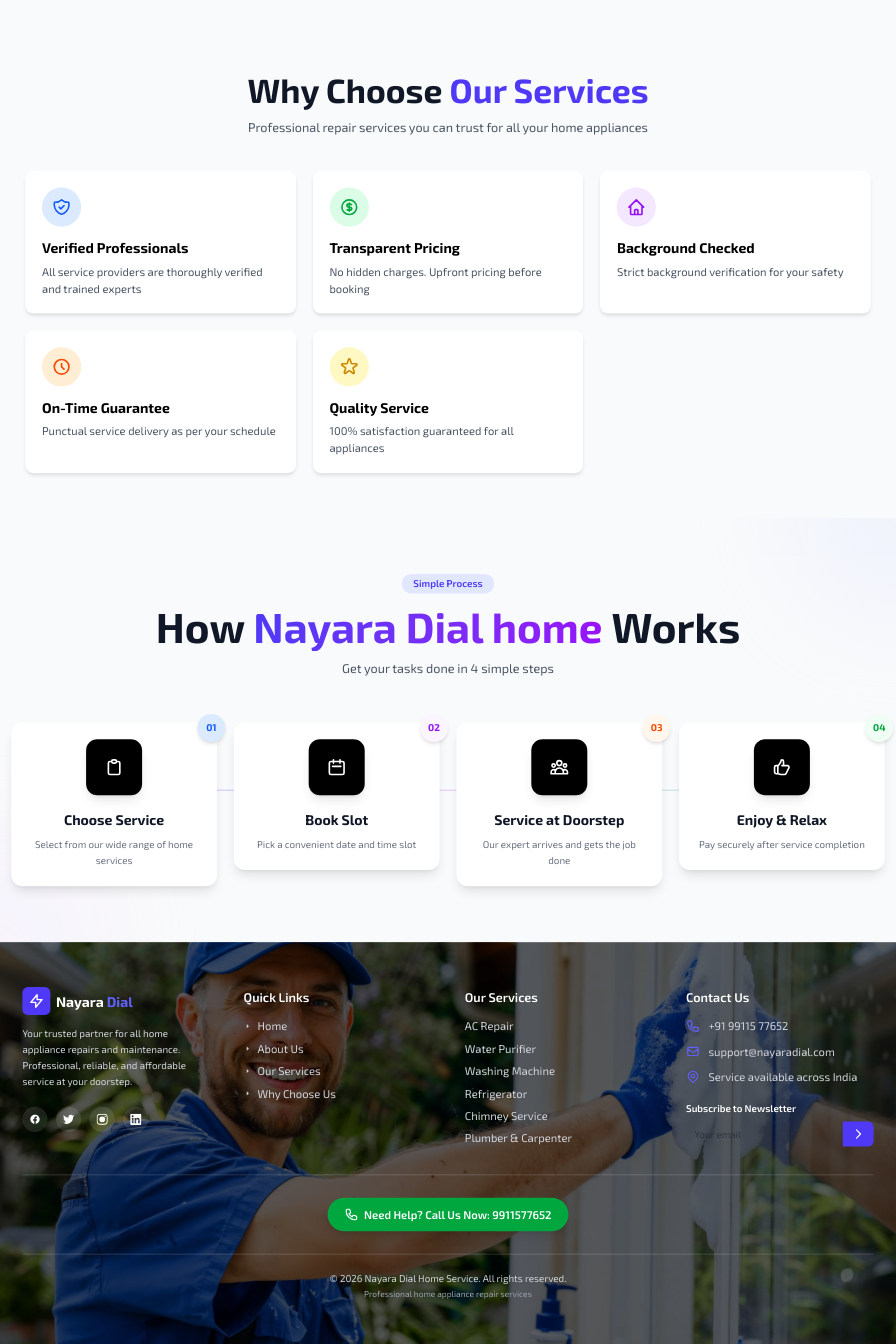
Repository: deepak445566/repai
Page: / (app in repair/)
The author's editor kept a copy of each file at every save. The page is drawn from the files as they stood at one save, then again after the next save.
The browser window is 1280 px wide. The pictures show the part of the page from y = 2110 to 4030 px (the page is 4030 px tall), at 70% of full size.
The project was rebuilt for these pictures with package versions that can differ from the ones it lists, and the page was loaded fresh each time. The framework's server and built-in components were replaced by stand-ins that run in the browser. Also part of the build but not shown: repair/next.config.mjs.

Above is the page before, as saved 2026-04-15 15:07:49.

### repair/src/app/layout.js
import { Abril_Fatface, Exo_2, Geist, Geist_Mono } from "next/font/google";
import "./globals.css";
import Navbar from "@/components/Navbar";
import Footer from "@/components/Footer";

const geistSans = Geist({
  variable: "--font-geist-sans",
  subsets: ["latin"],
});

const geistMono = Geist_Mono({
  variable: "--font-geist-mono",
  subsets: ["latin"],
});
const abril = Abril_Fatface({
  weight: '400',
  subsets: ['latin'],
  variable: '--font-abril',
});

const exo = Exo_2({
  subsets: ['latin'],
  weight: ['400','600','700'],
  variable: '--font-exo',
});

export const metadata = {
  title: "Create Next App",
  description: "Generated by create next app",
};

export default function RootLayout({ children }) {
  return (
    <html
      lang="en"
      className={`${geistSans.variable} ${geistMono.variable} ${abril.variable} ${exo.variable} h-full antialiased`}
    >
      <Navbar/>
      <body className="min-h-full flex flex-col">{children}</body>
      <Footer/>
    </html>
  );
}

### repair/src/app/globals.css
@import "tailwindcss";

:root {
  --background: #ffffff;
  --foreground: #171717;
}

@theme inline {
  --color-background: var(--background);
  --color-foreground: var(--foreground);
  --font-sans: var(--font-geist-sans);
  --font-mono: var(--font-geist-mono);
}

@media (prefers-color-scheme: dark) {
  :root {
    --background: #0a0a0a;
    --foreground: #ededed;
  }
}

body {
  background: var(--background);
  color: var(--foreground);
  font-family: var(--font-parkinsans);
}



.abril {
  font-family: var(--font-abril);
}

.exo {
  font-family: var(--font-exo);
}

### repair/src/components/Footer.jsx
'use client'

import Link from 'next/link';
import { useState } from 'react';

export default function Footer() {
  const [email, setEmail] = useState('');
  const [isSubscribed, setIsSubscribed] = useState(false);

  const handleSubscribe = (e) => {
    e.preventDefault();
    if (email) {
      setIsSubscribed(true);
      setEmail('');
      setTimeout(() => setIsSubscribed(false), 3000);
    }
  };

  const handleCallClick = () => {
    window.location.href = 'tel:9911577652';
  };

  const currentYear = new Date().getFullYear();

  return (
    <footer className="relative text-white exo">
      {/* Background Image */}
      <div className="absolute inset-0 z-0">
        <div className="relative w-full h-full">
          <img
            src="/images/footer.jpg"
            alt="Footer Background"
            className="w-full h-full object-cover"
          />
          {/* Dark Overlay */}
          <div className="absolute inset-0 bg-black/60"></div>
        </div>
      </div>

      {/* Content */}
      <div className="relative z-10">
        <div className="max-w-7xl mx-auto px-4 sm:px-6 lg:px-8 py-12 sm:py-16">
          <div className="grid grid-cols-1 sm:grid-cols-2 lg:grid-cols-4 gap-8 lg:gap-12">

            {/* Column 1 - Company Info */}
            <div className="space-y-4">
              <div className="flex items-center space-x-2">
                <div className="w-10 h-10 bg-indigo-600 rounded-lg flex items-center justify-center">
                  <svg className="w-6 h-6 text-white" fill="none" stroke="currentColor" viewBox="0 0 24 24">
                    <path strokeLinecap="round" strokeLinejoin="round" strokeWidth={2} d="M13 10V3L4 14h7v7l9-11h-7z" />
                  </svg>
                </div>
                <span className="text-xl font-bold">
                  Nayara <span className="text-indigo-500">Dial</span>
                </span>
              </div>
              <p className="text-gray-300 text-sm leading-relaxed">
                Your trusted partner for all home appliance repairs and maintenance. Professional, reliable, and affordable service at your doorstep.
              </p>
              <div className="flex space-x-3 pt-2">
                <a href="#" className="w-9 h-9 bg-white/10 hover:bg-indigo-600 rounded-full flex items-center justify-center transition-colors">
                  <svg className="w-4 h-4" fill="currentColor" viewBox="0 0 24 24">
                    <path d="M22 12c0-5.523-4.477-10-10-10S2 6.477 2 12c0 4.991 3.657 9.128 8.438 9.879v-6.99h-2.54V12h2.54V9.797c0-2.506 1.492-3.89 3.777-3.89 1.094 0 2.238.195 2.238.195v2.46h-1.26c-1.243 0-1.63.771-1.63 1.562V12h2.773l-.443 2.89h-2.33v6.99C18.343 21.128 22 16.991 22 12z"/>
                  </svg>
                </a>
                <a href="#" className="w-9 h-9 bg-white/10 hover:bg-indigo-600 rounded-full flex items-center justify-center transition-colors">
                  <svg className="w-4 h-4" fill="currentColor" viewBox="0 0 24 24">
                    <path d="M23.953 4.57a10 10 0 01-2.825.775 4.958 4.958 0 002.163-2.723c-.951.555-2.005.959-3.127 1.184a4.92 4.92 0 00-8.384 4.482C7.69 8.095 4.067 6.13 1.64 3.162a4.822 4.822 0 00-.666 2.475c0 1.71.87 3.213 2.188 4.096a4.904 4.904 0 01-2.228-.616v.06a4.923 4.923 0 003.946 4.827 4.996 4.996 0 01-2.212.085 4.936 4.936 0 004.604 3.417 9.867 9.867 0 01-6.102 2.105c-.39 0-.779-.023-1.17-.067a13.995 13.995 0 0021.577-11.857c0-.21-.005-.425-.015-.636A10.01 10.01 0 0024 4.555z"/>
                  </svg>
                </a>
                <a href="#" className="w-9 h-9 bg-white/10 hover:bg-indigo-600 rounded-full flex items-center justify-center transition-colors">
                  <svg className="w-4 h-4" fill="currentColor" viewBox="0 0 24 24">
                    <path d="M12 2.163c3.204 0 3.584.012 4.85.07 3.252.148 4.771 1.691 4.919 4.919.058 1.265.069 1.645.069 4.849 0 3.205-.012 3.584-.069 4.849-.149 3.225-1.664 4.771-4.919 4.919-1.266.058-1.644.07-4.85.07-3.204 0-3.584-.012-4.849-.07-3.26-.149-4.771-1.699-4.919-4.92-.058-1.265-.07-1.644-.07-4.849 0-3.204.013-3.583.07-4.849.149-3.227 1.664-4.771 4.919-4.919 1.266-.057 1.645-.069 4.849-.069zm0-2.163c-3.259 0-3.667.014-4.947.072-4.358.2-6.78 2.618-6.98 6.98-.059 1.281-.073 1.689-.073 4.948 0 3.259.014 3.668.072 4.948.2 4.358 2.618 6.78 6.98 6.98 1.281.058 1.689.072 4.948.072 3.259 0 3.668-.014 4.948-.072 4.354-.2 6.782-2.618 6.979-6.98.059-1.28.073-1.689.073-4.948 0-3.259-.014-3.667-.072-4.947-.196-4.354-2.617-6.78-6.979-6.98-1.281-.059-1.69-.073-4.949-.073zM5.838 12a6.162 6.162 0 1112.324 0 6.162 6.162 0 01-12.324 0zM12 16a4 4 0 110-8 4 4 0 010 8zm4.965-10.405a1.44 1.44 0 112.881.001 1.44 1.44 0 01-2.881-.001z"/>
                  </svg>
                </a>
                <a href="#" className="w-9 h-9 bg-white/10 hover:bg-indigo-600 rounded-full flex items-center justify-center transition-colors">
                  <svg className="w-4 h-4" fill="currentColor" viewBox="0 0 24 24">
                    <path d="M20.447 20.452h-3.554v-5.569c0-1.328-.027-3.037-1.852-3.037-1.853 0-2.136 1.445-2.136 2.939v5.667H9.351V9h3.414v1.561h.046c.477-.9 1.637-1.85 3.37-1.85 3.601 0 4.267 2.37 4.267 5.455v6.286zM5.337 7.433c-1.144 0-2.063-.926-2.063-2.065 0-1.138.92-2.063 2.063-2.063 1.14 0 2.064.925 2.064 2.063 0 1.139-.925 2.065-2.064 2.065zm1.782 13.019H3.555V9h3.564v11.452zM22.225 0H1.771C.792 0 0 .774 0 1.729v20.542C0 23.227.792 24 1.771 24h20.451c.979 0 1.771-.773 1.771-1.729V1.729C24 .774 23.203 0 22.225 0z"/>
                  </svg>
                </a>
              </div>
            </div>

            {/* Column 2 - Quick Links */}
            <div className="space-y-4">
              <h3 className="text-lg font-semibold text-white">Quick Links</h3>
              <ul className="space-y-2">
                <li>
                  <a href="#home" className="text-gray-300 hover:text-indigo-500 transition-colors flex items-center gap-2">
                    <svg className="w-3 h-3" fill="currentColor" viewBox="0 0 24 24">
                      <path d="M9 18l6-6-6-6"/>
                    </svg>
                    Home
                  </a>
                </li>
                <li>
                  <a href="#about" className="text-gray-300 hover:text-indigo-500 transition-colors flex items-center gap-2">
                    <svg className="w-3 h-3" fill="currentColor" viewBox="0 0 24 24">
                      <path d="M9 18l6-6-6-6"/>
                    </svg>
                    About Us
                  </a>
                </li>
                <li>
                  <a href="#services" className="text-gray-300 hover:text-indigo-500 transition-colors flex items-center gap-2">
                    <svg className="w-3 h-3" fill="currentColor" viewBox="0 0 24 24">
                      <path d="M9 18l6-6-6-6"/>
                    </svg>
                    Our Services
                  </a>
                </li>
                <li>
                  <a href="#why-choose-us" className="text-gray-300 hover:text-indigo-500 transition-colors flex items-center gap-2">
                    <svg className="w-3 h-3" fill="currentColor" viewBox="0 0 24 24">
                      <path d="M9 18l6-6-6-6"/>
                    </svg>
                    Why Choose Us
                  </a>
                </li>
              </ul>
            </div>

            {/* Column 3 - Our Services */}
            <div className="space-y-4">
              <h3 className="text-lg font-semibold text-white">Our Services</h3>
              <ul className="space-y-2">
                <li className="text-gray-300 hover:text-indigo-500 transition-colors cursor-pointer">AC Repair</li>
                <li className="text-gray-300 hover:text-indigo-500 transition-colors cursor-pointer">Water Purifier</li>
                <li className="text-gray-300 hover:text-indigo-500 transition-colors cursor-pointer">Washing Machine</li>
                <li className="text-gray-300 hover:text-indigo-500 transition-colors cursor-pointer">Refrigerator</li>
                <li className="text-gray-300 hover:text-indigo-500 transition-colors cursor-pointer">Chimney Service</li>
                <li className="text-gray-300 hover:text-indigo-500 transition-colors cursor-pointer">Plumber & Carpenter</li>
              </ul>
            </div>

            {/* Column 4 - Contact Info & Newsletter */}
            <div className="space-y-4">
              <h3 className="text-lg font-semibold text-white">Contact Us</h3>
              <div className="space-y-3">
                <div className="flex items-center gap-3 text-gray-300">
                  <svg className="w-5 h-5 text-indigo-500" fill="none" stroke="currentColor" viewBox="0 0 24 24">
                    <path strokeLinecap="round" strokeLinejoin="round" strokeWidth={2} d="M3 5a2 2 0 012-2h3.28a1 1 0 01.948.684l1.498 4.493a1 1 0 01-.502 1.21l-2.257 1.13a11.042 11.042 0 005.516 5.516l1.13-2.257a1 1 0 011.21-.502l4.493 1.498a1 1 0 01.684.949V19a2 2 0 01-2 2h-1C9.716 21 3 14.284 3 6V5z" />
                  </svg>
                  <span>+91 99115 77652</span>
                </div>
                <div className="flex items-center gap-3 text-gray-300">
                  <svg className="w-5 h-5 text-indigo-500" fill="none" stroke="currentColor" viewBox="0 0 24 24">
                    <path strokeLinecap="round" strokeLinejoin="round" strokeWidth={2} d="M3 8l7.89 5.26a2 2 0 002.22 0L21 8M5 19h14a2 2 0 002-2V7a2 2 0 00-2-2H5a2 2 0 00-2 2v10a2 2 0 002 2z" />
                  </svg>
                  <span>support@nayaradial.com</span>
                </div>
                <div className="flex items-center gap-3 text-gray-300">
                  <svg className="w-5 h-5 text-indigo-500" fill="none" stroke="currentColor" viewBox="0 0 24 24">
                    <path strokeLinecap="round" strokeLinejoin="round" strokeWidth={2} d="M17.657 16.657L13.414 20.9a1.998 1.998 0 01-2.827 0l-4.244-4.243a8 8 0 1111.314 0z" />
                    <path strokeLinecap="round" strokeLinejoin="round" strokeWidth={2} d="M15 11a3 3 0 11-6 0 3 3 0 016 0z" />
                  </svg>
                  <span>Service available across India</span>
                </div>
              </div>

              {/* Newsletter */}
              <div className="pt-2">
                <h4 className="text-sm font-semibold text-white mb-2">Subscribe to Newsletter</h4>
                <form onSubmit={handleSubscribe} className="flex">
                  <input
                    type="email"
                    value={email}
                    onChange={(e) => setEmail(e.target.value)}
                    placeholder="Your email"
                    className="flex-1 px-3 py-2 rounded-l-lg text-gray-900 text-sm focus:outline-none focus:ring-2 focus:ring-indigo-500"
                    required
                  />
                  <button
                    type="submit"
                    className="bg-indigo-600 hover:bg-indigo-700 px-3 py-2 rounded-r-lg transition-colors"
                  >
                    <svg className="w-5 h-5" fill="none" stroke="currentColor" viewBox="0 0 24 24">
                      <path strokeLinecap="round" strokeLinejoin="round" strokeWidth={2} d="M9 5l7 7-7 7" />
                    </svg>
                  </button>
                </form>
                {isSubscribed && (
                  <p className="text-green-500 text-xs mt-2">Subscribed successfully!</p>
                )}
              </div>
            </div>
          </div>

          {/* Call to Action Button */}
          <div className="mt-10 pt-8 border-t border-white/20 text-center">
            <button
              onClick={handleCallClick}
              className="inline-flex items-center gap-2 bg-green-600 hover:bg-green-700 text-white font-semibold px-6 py-3 rounded-full transition-all transform hover:scale-105 shadow-lg"
            >
              <svg className="w-5 h-5" fill="none" stroke="currentColor" viewBox="0 0 24 24">
                <path strokeLinecap="round" strokeLinejoin="round" strokeWidth={2} d="M3 5a2 2 0 012-2h3.28a1 1 0 01.948.684l1.498 4.493a1 1 0 01-.502 1.21l-2.257 1.13a11.042 11.042 0 005.516 5.516l1.13-2.257a1 1 0 011.21-.502l4.493 1.498a1 1 0 01.684.949V19a2 2 0 01-2 2h-1C9.716 21 3 14.284 3 6V5z" />
              </svg>
              Need Help? Call Us Now: 9911577652
            </button>
          </div>

          {/* Bottom Bar */}
          <div className="mt-8 pt-6 border-t border-white/20 text-center">
            <p className="text-gray-300 text-sm">
              &copy; {currentYear} Nayara Dial Home Service. All rights reserved.
            </p>
            <p className="text-gray-400 text-xs mt-1">
              Professional home appliance repair services
            </p>
          </div>
        </div>
      </div>
    </footer>
  );
}

### repair/src/components/heroPage.jsx
import Image from 'next/image';

export default function HeroPage() {
  return (
    <div className="min-h-screen bg-gradient-to-br from-white to-gray-50 flex items-center justify-center px-4 lg:px-12 py-12">
      <div className="max-w-7xl mx-auto w-full">
        <div className="flex flex-col lg:flex-row items-center gap-12 lg:gap-10">

          {/* Left Section - 60% Width */}
          <div className="w-full lg:w-[55%] text-center lg:text-left space-y-6">
            <div className="inline-block px-4 py-1.5 rounded-full bg-indigo-50 text-indigo-600 text-sm font-semibold tracking-wide">
              ✨ Welcome to the Future
            </div>

            <h1 className="text-4xl sm:text-5xl lg:text-6xl font-bold tracking-tight text-gray-900 leading-tight uppercase exo">
            Book Trusted Home
              <span className="text-indigo-600 block"> Services Near You</span>
            </h1>

            <p className="text-lg text-gray-600 max-w-xl mx-auto lg:mx-0 exo">
         Expert professionals for AC repair, cleaning, plumbing, appliances & more. Verified, insured, and guaranteed.
            </p>

            <div className="flex flex-col sm:flex-row gap-4 justify-center lg:justify-start pt-4">
              <button className="px-8 py-3 rounded-full bg-indigo-600 text-white font-semibold shadow-lg hover:bg-indigo-700 transition-all duration-200 transform hover:scale-105">
                Get Started →
              </button>
              <button className="px-8 py-3 rounded-full border-2 border-gray-300 text-gray-700 font-semibold hover:bg-gray-50 transition-all duration-200">
                Learn More
              </button>
            </div>
          </div>

          {/* Right Section - 40% Width */}
          <div className="w-full lg:w-[45%] flex justify-center lg:justify-end">
            <div className="relative w-full max-w-sm sm:max-w-md lg:max-w-lg">
              <div className="absolute inset-0 opacity-60 -z-10"></div>
              <div className="relative overflow-hidden">
                {/* Size control - Apni hisaab se change karo */}
                <div className="relative w-[350px] h-[400px] md:w-[400px] md:h-[400px] lg:w-[550px] lg:h-[550px] mx-auto ">
                  <Image
                    src="/images/image1.png"
                    alt="Hero Image"
                    fill
                    className="object-contain p-4"
                    priority
                  />
                </div>
              </div>
            </div>
          </div>
        </div>
      </div>
    </div>
  );
}

### repair/src/components/Service.jsx
'use client'

import Image from 'next/image';
import { useRouter } from 'next/navigation';

export default function ServicesPage() {
  const router = useRouter();

  const services = [
    { id: 1, title: "Ac Repair", image: "/images/acrepair.png" },
    { id: 2, title: "Water Purifier", image: "/images/waterrepair.png" },
    { id: 3, title: "Washing Machine", image: "/images/washrepair.png" },
    { id: 4, title: "Refrigerator", image: "/images/fridgerepair.png" },
    { id: 5, title: "Chimney Service", image: "/images/chimneyrepair.png" },
    { id: 6, title: "Gas Stove & Hob Repair", image: "/images/gasrepair.png" },
    { id: 7, title: "Gas Pipeline", image: "/images/piperepair.png" },
    { id: 8, title: "Plumber", image: "/images/plumberrepair.png" },
    { id: 9, title: "Carpenter", image: "/images/carrepair.png" },
  ];

  const handleBookNow = (serviceTitle) => {
    // Navigate to booking page with service name
    router.push(`/book?service=${encodeURIComponent(serviceTitle)}`);
  };

  return (
    <div className="min-h-screen bg-gray-50 py-12 px-4 exo" id='services'>
      <div className="max-w-7xl mx-auto" >

        <div className="text-center mb-8">
          <h2 className="text-3xl sm:text-5xl font-bold text-gray-900 mb-2" >
            Most Used <span className="text-indigo-600">Services</span>
          </h2>
        </div>

        <div className="grid grid-cols-2 lg:grid-cols-6 gap-3 md:gap-4">
          {services.map((service) => (
            <div key={service.id} className="group cursor-pointer">
              {/* Image Section */}
              <div className="relative h-20 sm:h-22 md:h-25">
                <Image
                  src={service.image}
                  alt={service.title}
                  fill
                  className="object-contain p-2 transition-transform duration-500 group-hover:scale-110"
                />
              </div>

              {/* Title Section */}
              <div className="py-2 px-1 text-center">
                <h3 className="text-xs sm:text-sm font-semibold text-gray-800  ">
                  {service.title}
                </h3>
              </div>

              {/* Book Button */}
              <div className="px-5 pb-2">
                <button
                  onClick={() => handleBookNow(service.title)}
                  className="w-full bg-black text-white text-xm font-semibold py-2  rounded-lg "
                >
                  Book Now →
                </button>
              </div>
            </div>
          ))}
        </div>
      </div>
    </div>
  );
}

Loaded but not shown: repair/src/app/page.js (20 lines, source omitted); repair/src/components/work.jsx (166 lines, source omitted); repair/src/components/whyChooseUs.jsx (79 lines, source omitted); repair/src/components/Navbar.jsx (115 lines, source omitted); repair/src/components/About.jsx (77 lines, source omitted)

After the next save:
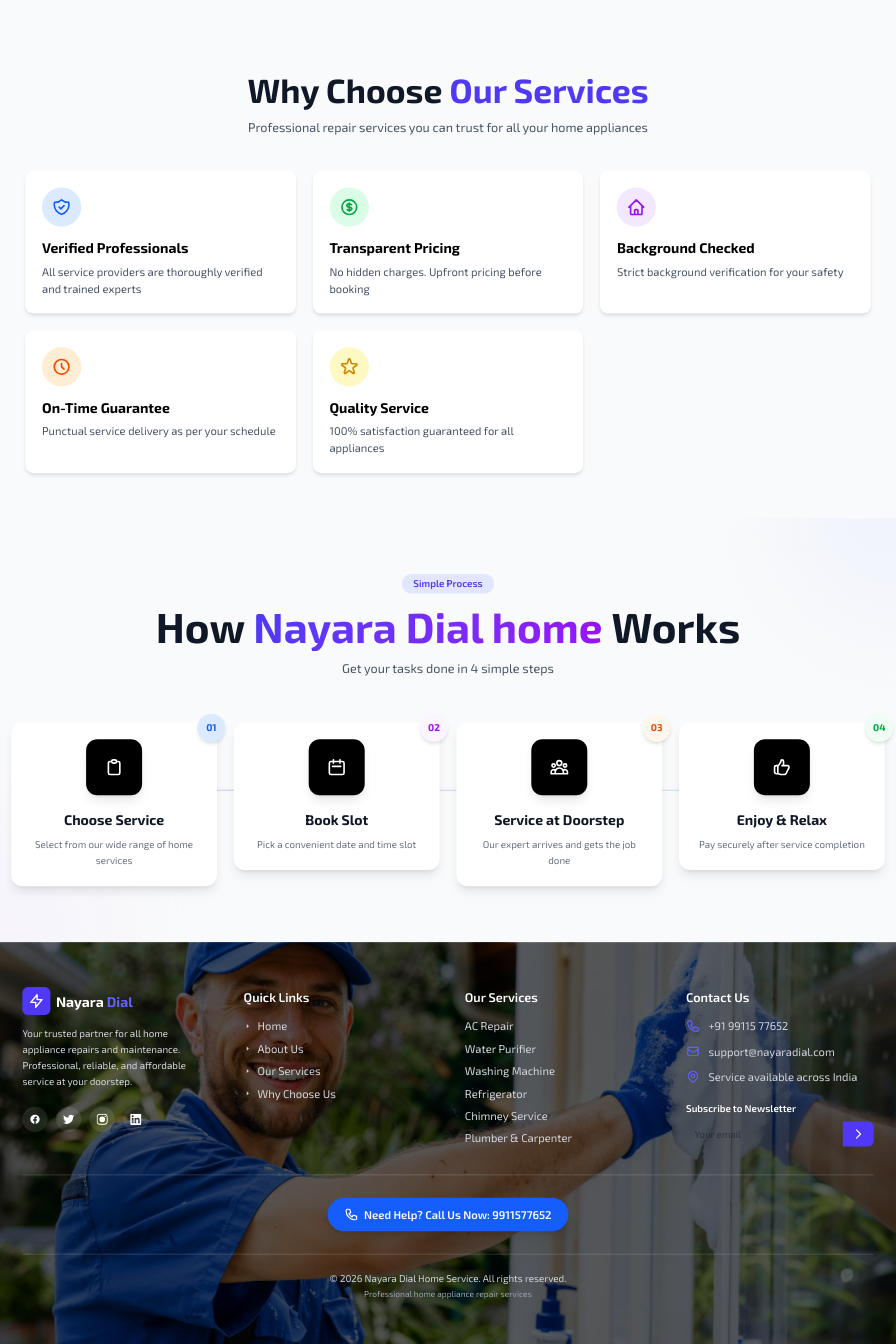
Saved 19 s later.
--- a/repair/src/components/Footer.jsx
+++ b/repair/src/components/Footer.jsx
@@ -190,7 +190,7 @@
           <div className="mt-10 pt-8 border-t border-white/20 text-center">
             <button
               onClick={handleCallClick}
-              className="inline-flex items-center gap-2 bg-green-600 hover:bg-green-700 text-white font-semibold px-6 py-3 rounded-full transition-all transform hover:scale-105 shadow-lg"
+              className="inline-flex items-center gap-2 bg-blue-600 hover:bg-green-700 text-white font-semibold px-6 py-3 rounded-full transition-all transform hover:scale-105 shadow-lg"
             >
               <svg className="w-5 h-5" fill="none" stroke="currentColor" viewBox="0 0 24 24">
                 <path strokeLinecap="round" strokeLinejoin="round" strokeWidth={2} d="M3 5a2 2 0 012-2h3.28a1 1 0 01.948.684l1.498 4.493a1 1 0 01-.502 1.21l-2.257 1.13a11.042 11.042 0 005.516 5.516l1.13-2.257a1 1 0 011.21-.502l4.493 1.498a1 1 0 01.684.949V19a2 2 0 01-2 2h-1C9.716 21 3 14.284 3 6V5z" />
